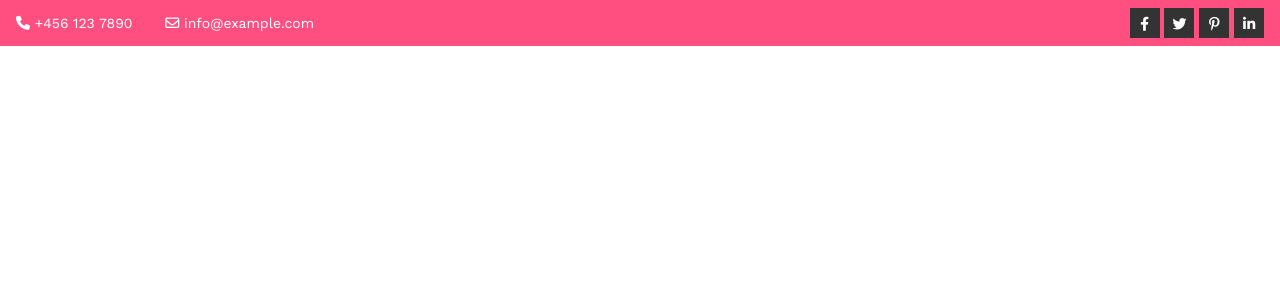
Repository: nguyenbinhminh/instruction_clone
Page: index.html
These files come from the project's save history. The page is drawn as it stood at one moment and after the next save; the edit follows.
The browser window is 1280 px wide. The pictures show the whole page.
The pointer rests on the first visible `.header__right a`.

Above is the page before, as saved 2021-09-29 22:20:40.

### index.html
<!DOCTYPE html>
<html lang="en">
	<head>
		<meta charset="UTF-8" />
		<meta http-equiv="X-UA-Compatible" content="IE=edge" />
		<meta name="viewport" content="width=device-width, initial-scale=1.0" />
		<title>Instruction</title>

		<!-- FONT GOOGLE -->
		<link rel="preconnect" href="https://fonts.googleapis.com" />
		<link rel="preconnect" href="https://fonts.gstatic.com" crossorigin />
		<link
			href="https://fonts.googleapis.com/css2?family=Work+Sans:ital,wght@0,100;0,200;0,300;0,400;0,500;0,600;0,700;0,800;0,900;1,100;1,200;1,300;1,400;1,500;1,600;1,700;1,800;1,900&display=swap"
			rel="stylesheet"
		/>

		<!-- FONT AWESOME -->
		<link
			rel="stylesheet"
			href="https://cdnjs.cloudflare.com/ajax/libs/font-awesome/6.0.0-beta2/css/all.min.css"
			integrity="sha512-YWzhKL2whUzgiheMoBFwW8CKV4qpHQAEuvilg9FAn5VJUDwKZZxkJNuGM4XkWuk94WCrrwslk8yWNGmY1EduTA=="
			crossorigin="anonymous"
			referrerpolicy="no-referrer"
		/>

		<!-- BOOTTRAP -->
		<link rel="stylesheet" href="./css/bootstrap.min.css" />

		<!-- MAIN CSS -->
		<link rel="stylesheet" href="./css/index.css" />
	</head>
	<body>
		<!-- HEADER -->
		<header>
			<div class="header__top d-flex justify-content-between align-items-center container-fluid">
				<div class="header__left">
					<a href="tel:+456 123 7890" class="text-white text-decoration-none">
						<i class="fas fa-phone"></i>
						<span>+456 123 7890</span>
					</a>
					<a href="mailto:info@example.com" class="text-white text-decoration-none">
						<i class="far fa-envelope"></i>
						<span>info@example.com</span>
					</a>
				</div>
				<div class="header__right">
					<a href="#">
						<i class="fab fa-facebook-f"></i>
					</a>
					<a href="#">
						<i class="fab fa-twitter"></i>
					</a>
					<a href="#">
						<i class="fab fa-pinterest-p"></i>
					</a>
					<a href="#">
						<i class="fab fa-linkedin-in"></i>
					</a>
				</div>
			</div>
		</header>
		<!-- CAROUSEL -->
		<section class="instruction-carousel"></section>
		<!-- WELCOM -->
		<section class="welcome"></section>
		<!-- OUR STATS -->
		<section class="stats"></section>
		<!-- OFFER -->
		<section class="offer"></section>
		<!-- Testimonials -->
		<section class="testimonials"></section>
		<!-- NEWS -->
		<section class="news"></section>
		<!-- FOOTER -->
		<footer></footer>

		<!-- jQuery -->
		<script src="./js/jquery-3.6.0.min.js"></script>
		<!-- BOOTSTRAP -->
		<script src="./js/bootstrap.bundle.min.js"></script>
	</body>
</html>

### css/index.css
html {
	box-sizing: border-box;
	font-size: 62.5%;
}
body {
	font-size: 1.6rem;
	font-family: "Work Sans", sans-serif;
	font-weight: normal;
}
/* HEADER */
.header__top {
	background-color: #ff4f81;
	padding: 0.8rem 1.6rem;
	font-size: 1.4rem;
}
.header__left a {
	margin-right: 2.8rem;
}
.header__right a {
	display: inline-block;
	color: white;
	background-color: #333;
	width: 3rem;
	height: 3rem;
	border: 1px solid #333;
	text-align: center;
	line-height: 3rem;
}

Loaded but not shown: css/bootstrap.min.css (library); js/jquery-3.6.0.min.js (library); js/bootstrap.bundle.min.js (library)

After the next save:
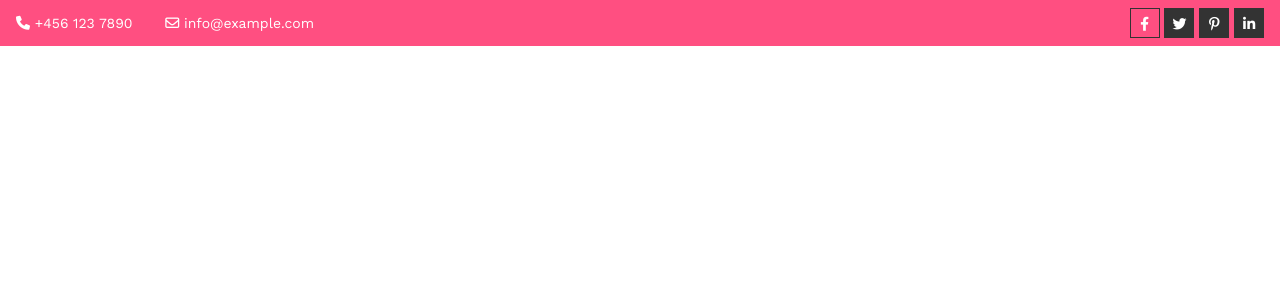
Saved 81 s later.
--- a/css/index.css
+++ b/css/index.css
@@ -26,3 +26,6 @@
 	text-align: center;
 	line-height: 3rem;
 }
+.header__right a:hover {
+	background-color: transparent;
+}
